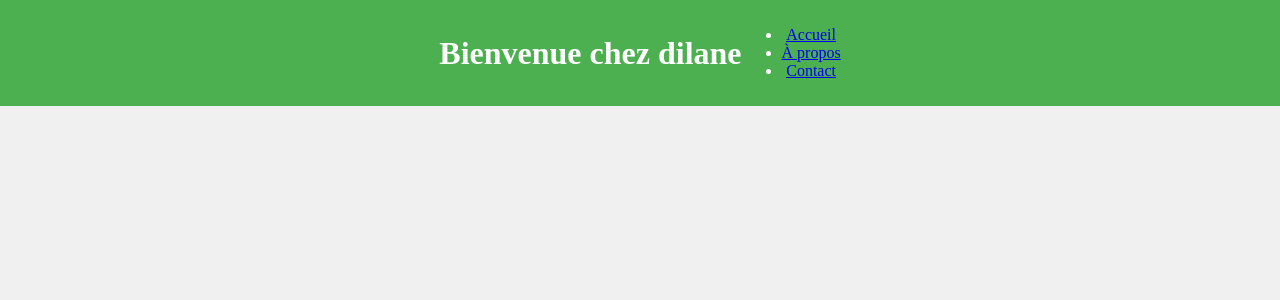
Repository: prestige225/prestige_services_et_finances
Page: app.html
The author's editor kept a copy of each file at every save. The page is drawn from the files as they stood at one save, then again after the next save.
The browser window is 1280 px wide. The pictures show the whole page.

Above is the page before, as saved 2025-06-01 17:32:12.

### app.html

<!DOCTYPE html>
<html lang="en">
<head>
    <meta charset="UTF-8">
    <meta name="viewport" content="width=device-width, initial-scale=1.0">
    <style>
       body{
        background-color: #f0f0f0;
        margin: 0px;
        padding: 0px;
       }
         header {
          background-color: #4CAF50;
          color: white;
          padding: 10px 0;
          text-align: center;
          display: flex;
          justify-content: safe center;
            align-items: center;
         }
    </style>
    <title>APPPP</title>
</head>
<body>
   <header>
    <h1>
        Bienvenue chez dilane
    </h1>
    <nav>
        <ul>
            <li><a href="index.html">Accueil</a></li>
            <li><a href="about.html">À propos</a></li>
            <li><a href="contact.html">Contact</a></li>
        </ul>
    </nav>
   </header>
</body>
</html>

After the next save:
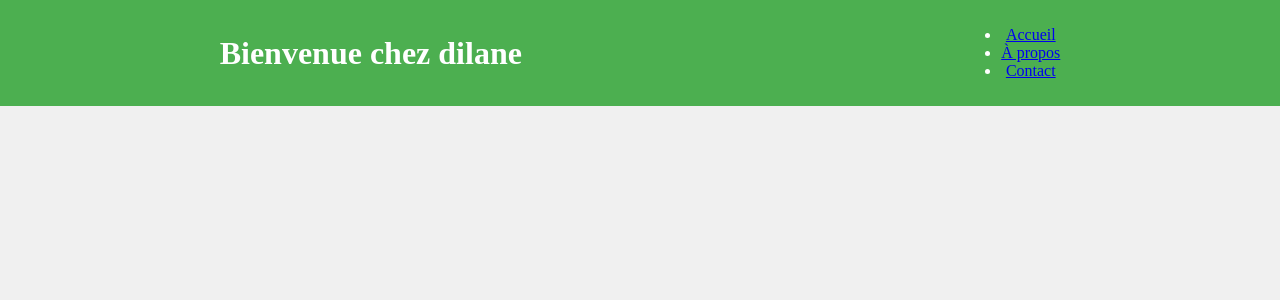
Saved 28 s later.
--- a/app.html
+++ b/app.html
@@ -16,7 +16,7 @@
           padding: 10px 0;
           text-align: center;
           display: flex;
-          justify-content: safe center;
+          justify-content: space-around;
             align-items: center;
          }
     </style>
